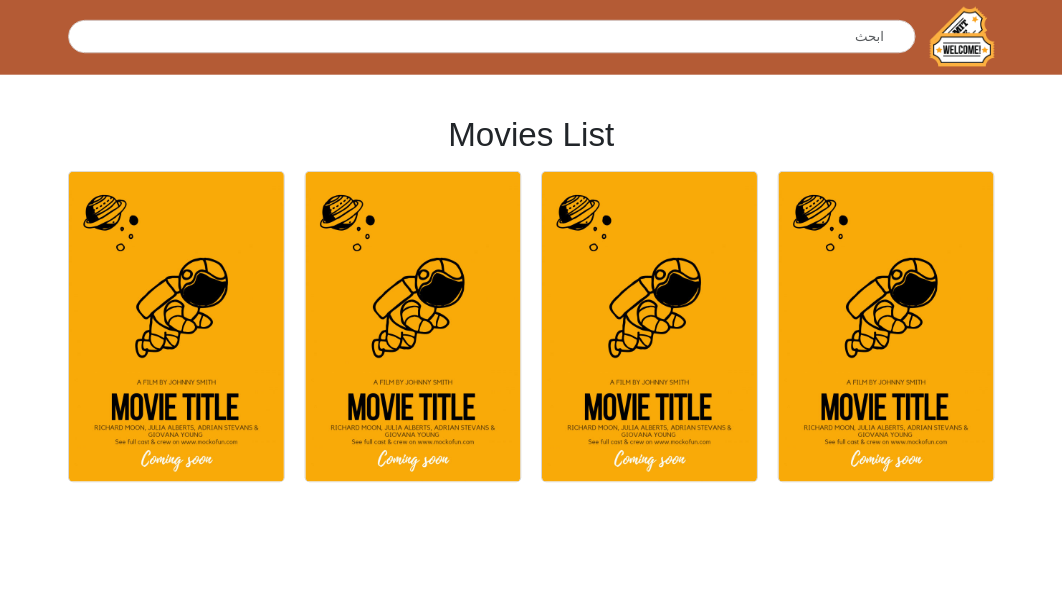
Repository: kerlos-alfy/Movie-List
Page: /
The author's editor kept a copy of each file at every save. The page is drawn from the files as they stood at one save, then again after the next save.
The browser window is 1280 px wide. The pictures show the whole page, at 83% of full size.
The project was rebuilt for these pictures with package versions that can differ from the ones it lists, and the page was loaded fresh each time. Also part of the build but not shown: vite.config.js, src/App.css.

Above is the page before, as saved 2025-01-14 07:09:23.

### index.html
<!DOCTYPE html>
<html lang="ar" dir="rtl">
	<head>
		<meta charset="UTF-8" />
		<link rel="icon" type="image/svg+xml" href="https://www.svgrepo.com/show/289436/movies-clapperboard.svg" />
		<link
			rel="stylesheet"
			href="https://cdn.jsdelivr.net/npm/bootstrap@5.3.3/dist/css/bootstrap.min.css"
			integrity="sha384-QWTKZyjpPEjISv5WaRU9OFeRpok6YctnYmDr5pNlyT2bRjXh0JMhjY6hW+ALEwIH"
			crossorigin="anonymous" />
		<meta name="viewport" content="width=device-width, initial-scale=1.0" />
		<title>Movies List</title>
	</head>
	<body>
		<div id="root"></div>
		<script type="module" src="/src/main.jsx"></script>
	</body>
</html>

### src/index.css
body {
	margin: 0;
}
.color-body {
	background-color: white;
	height: 100vh;
}
.nav-style {
	height: 90px;
	width: 1440px;
	background-color: #b45b35;
}

.logo {
	height: 72px;
	width: 78px;
}

.search {
	position: relative;
}

.search input {
	height: 40px;
	text-indent: 25px;
	border-radius: 20px;
}

.search input:focus {
	box-shadow: none;
	border: 2px solid red;
}
.search .fa-search {
	position: absolute;
	top: 12px;
	left: 16px;
}

.card {
	position: relative;
	transition: all 0.5s ease-in;
	cursor: pointer;
	height: 375px;
}

.card__image {
	display: block;
	width: 100%;
	height: 100%;
	border-radius: 5px;
}

.card__overlay {
	position: absolute;
	top: 0;
	bottom: 0;
	left: 0;
	right: 0;
	height: 100%;
	width: 100%;
	opacity: 0;
	visibility: none;
	transition: 0.5s ease;
	background-color: #393839;
}

.card:hover .card__overlay {
	opacity: 0.8;
}

.overlay__text {
	color: white;
	font-size: 16px;
	font-weight: bold;
	position: absolute;
	top: 50%;
	left: 50%;
	-webkit-transform: translate(-50%, -50%);
	-ms-transform: translate(-50%, -50%);
	transform: translate(-50%, -50%);
}

.font {
	font-family: "Almarai", sans-serif;
	font-family: "Cairo", sans-serif;
}

.color {
	color: #b45b35;
	background-color: #b45b35;
}

.card-detalis {
	height: 370px;
	border-radius: 20px;
	background-color: #f8f8f8;
}
.card-story {
	height: 300px;
	border-radius: 20px;
	background-color: #f8f8f8;
}
.img-movie {
	height: 360px;
	padding: 10px;
	border-radius: 20px;
}

.card-text-details {
	color: #555555;
	font-family: Almarai;
	font-size: 28px;
	font-weight: bold;
	letter-spacing: 0;
	line-height: 49px;
}

.card-text-story {
	color: #555555;
	font-family: Almarai;
	font-size: 18px;
	letter-spacing: 0;
	line-height: 32px;
}
.card-text-title {
	color: #555555;
	font-family: Almarai;
	font-size: 36px;
	font-weight: bold;
	letter-spacing: 0;
	line-height: 49px;
}

### src/App.jsx
import "./App.css";
import { Container } from "react-bootstrap";
import NavBar from "./assets/components/NavBar";
import MoviesList from "./assets/components/MoviesList";
function App() {
	return (
		<div className="font color-body">
			<NavBar />
			<Container>
				<h1 className="text-center mt-5">Movies List</h1>

				<MoviesList />
			</Container>
		</div>
	);
}

export default App;

### src/assets/components/NavBar.jsx
import { Container, Row, Col } from "react-bootstrap";
function NavBar() {
	return (
		<div className="nav-style w-100">
			<Container>
				<Row className="pt-2 ">
					<Col xs="2" lg="1">
						<a href="/">
							<img className="logo" src="logo.png" alt="dfs" />
						</a>
					</Col>
					<Col xs="10" lg="11" className=" d-flex align-items-center">
						<div className="search  w-100">
							<i className="fa fa-search"></i>
							<input type="text" className="form-control" placeholder="ابحث" />
						</div>
					</Col>
				</Row>
			</Container>
		</div>
	);
}

export default NavBar;

### src/assets/components/MoviesList.jsx
import { Row } from "react-bootstrap";
import CardMovie from "./CardMovie";
function MoviesList() {
	return (
		<Row className="mt-3">
			<CardMovie />
			<CardMovie />
			<CardMovie />
			<CardMovie />
		</Row>
	);
}

export default MoviesList;

### src/assets/components/CardMovie.jsx
import { Col } from "react-bootstrap";

function CardMovie() {
	return (
		<Col xs="6" sm="6" md="4" lg="3" className="my-1">
			<div className="card">
				<img className="card__image" src="prof.jpg" alt="hu" />
				<div className="card__overlay">
					<div className="overlay__text text-center w-100 p-2">
						<p>اسم الفيلم : </p>
						<p>تاريخ الاصدار:</p>
						<p>عدد المقيمين: </p>
						<p>التقييم: </p>
					</div>
				</div>
			</div>
		</Col>
	);
}

export default CardMovie;

Loaded but not shown: src/main.jsx (common file)

After the next save:
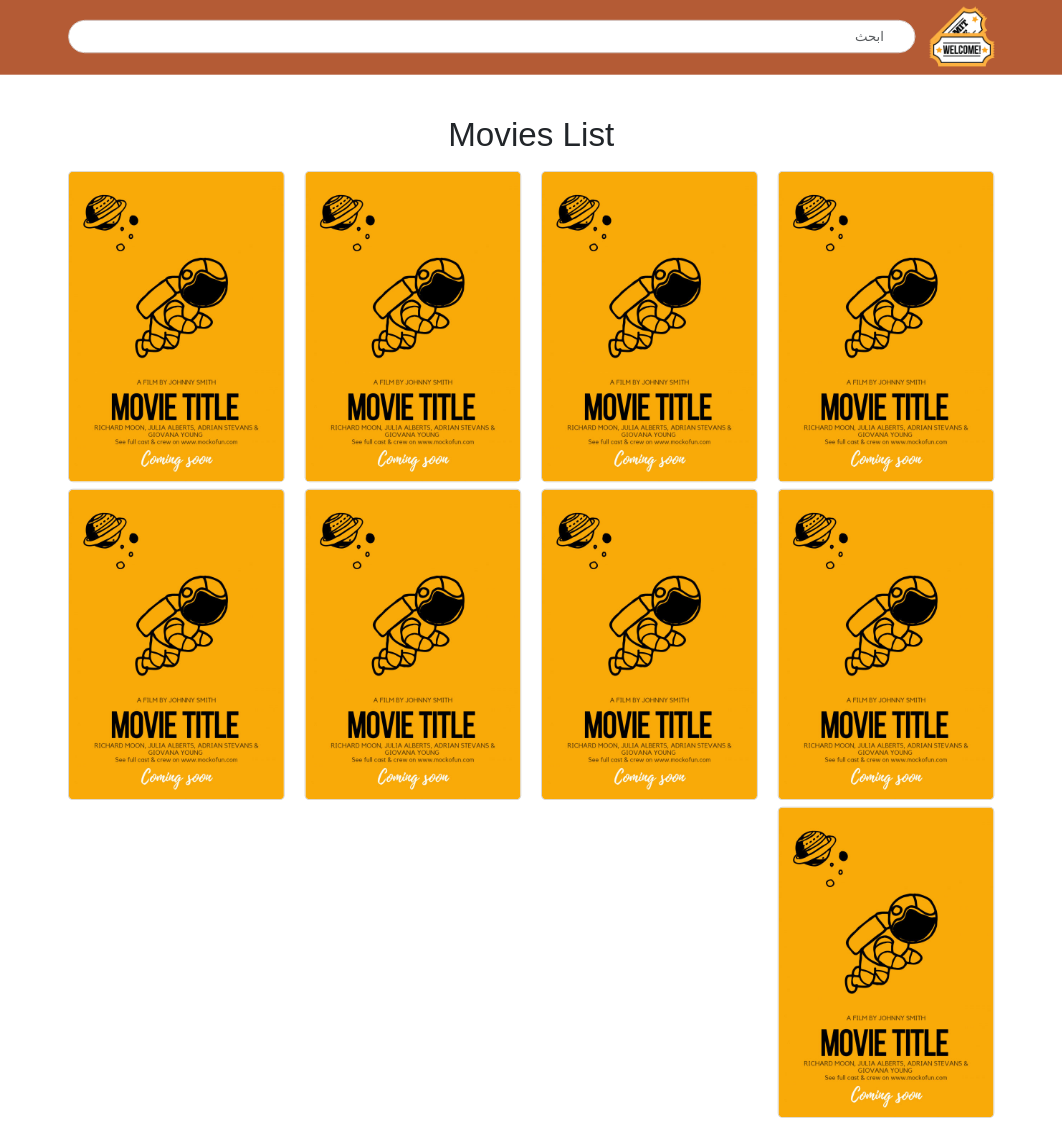
Saved 7 s later.
--- a/src/assets/components/MoviesList.jsx
+++ b/src/assets/components/MoviesList.jsx
@@ -7,6 +7,11 @@ function MoviesList() {
 			<CardMovie />
 			<CardMovie />
 			<CardMovie />
+			<CardMovie />
+			<CardMovie />
+			<CardMovie />
+			<CardMovie />
+			<CardMovie />
 		</Row>
 	);
 }
